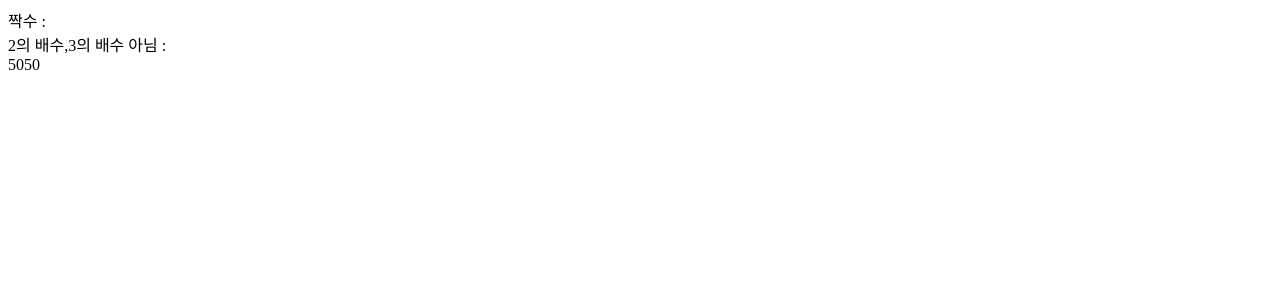
Repository: poomshen/team_03_project2
Page: JavaScript/WebContent/Ex05_Script.html
These files come from the project's save history. The page is drawn as it stood at one moment and after a run of saves; the edit follows.
The browser window is 1280 px wide. The pictures show the whole page.

Above is the page before, as saved 2016-08-30 03:08:10.
Console error: ReferenceError: documet is not defined

### JavaScript/WebContent/Ex05_Script.html
<!DOCTYPE html>
<html>
<head>
<meta charset="UTF-8">
<title>제어문</title>
<script type="text/javascript">
var  fe;
fe = 100;//타입 결정(Number)
console.log("a 변수값 :"+a);

	var a = 8;
	if(a % 2 == 0){
		document.write("짝수 :"  +"<br>");
	}else {
		document.write("홀수 :"  +"<br>");
	}

	var  c = 7;
	if(c%2  ==0){
		document.write ("2의 배수 "+"<br>");
	}else if (c % 3  ==0) {
		document.write ("3의 배수 "+"<br>");
	}else{
		document.write ("2의 배수,3의 배수 아님 :"+"<br>");
	}

	//for 문을 1~100 까지의 합
	//int sum = 0;
	//for(int i = 1; i<= 100; i++){ sum +=i}
	var sum = 0;
	for(var i = 1; i<= 100; i++){ sum +=i }
	document.write(sum);

	document.write("<table>");
	for(var i = 2; i<=9 ; i++){
		documet.write("<tr>");
		for(var y = 1 ;y<=9 ;y++){
			documet.write("<td>")
			document.write(i + " *" + y+"=" +i*y);
			documet.write("</td>")
		}
		documet.write("</tr>");
	}
	document.write("</table>");

</script>
</head>
<body>

</body>
</html>

After the next 4 saves:
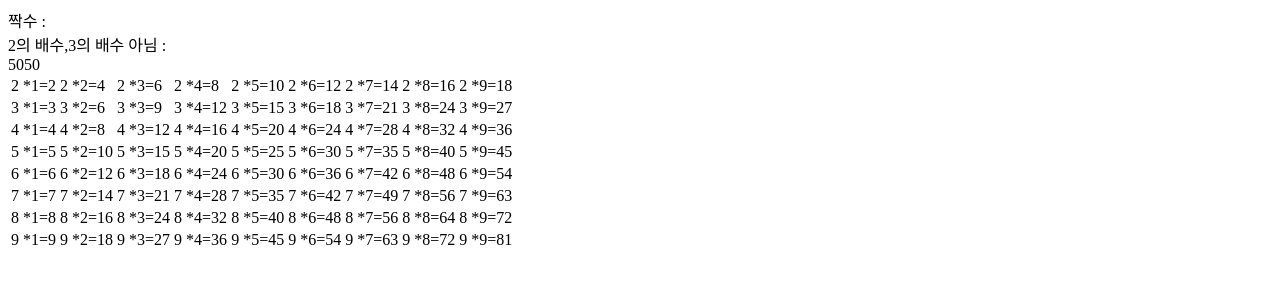
The error is gone.
The 4 saves are shown as one change because they came seconds apart.
The last was saved 77 s later.
--- a/JavaScript/WebContent/Ex05_Script.html
+++ b/JavaScript/WebContent/Ex05_Script.html
@@ -33,13 +33,13 @@ console.log("a 변수값 :"+a);
 
 	document.write("<table>");
 	for(var i = 2; i<=9 ; i++){
-		documet.write("<tr>");
+		document.write("<tr>");
 		for(var y = 1 ;y<=9 ;y++){
-			documet.write("<td>")
+			document.write("<td>")
 			document.write(i + " *" + y+"=" +i*y);
-			documet.write("</td>")
+			document.write("</td>")
 		}
-		documet.write("</tr>");
+		document.write("</tr>");
 	}
 	document.write("</table>");
 
